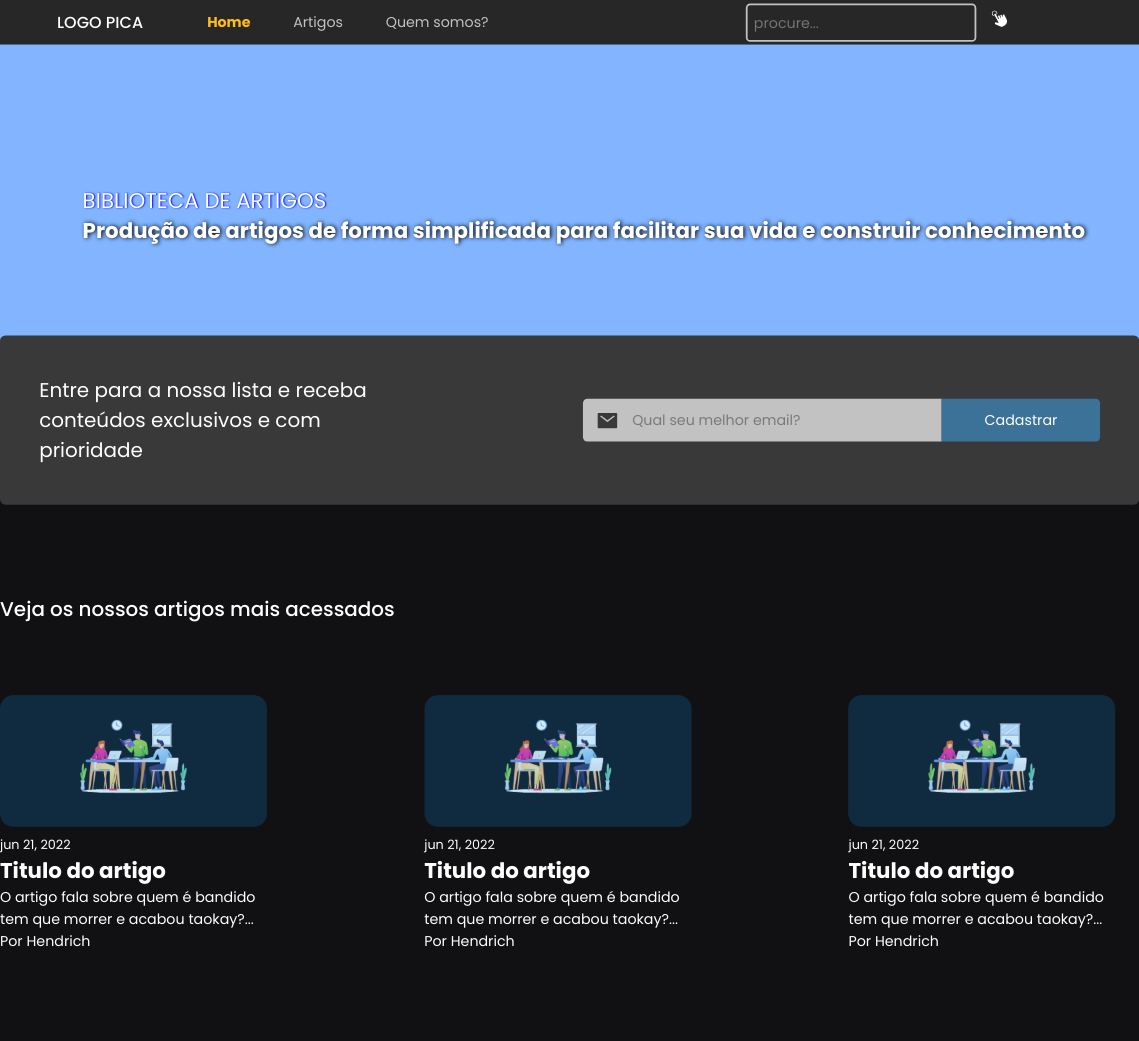
Repository: ArthurHendrich/Inepto
Page: /
An editor plug-in stored every save of this project. The page is shown before and after a run of saves, followed by the edit.
The browser window is 1280 px wide. The pictures show the whole page, at 89% of full size.
The project was rebuilt for these pictures with package versions that can differ from the ones it lists, and the page was loaded fresh each time. The framework's server and built-in components were replaced by stand-ins that run in the browser. Also part of the build but not shown: next.config.js.

Above is the page before, as saved 2022-07-06 21:20:52.

After the next 2 saves:
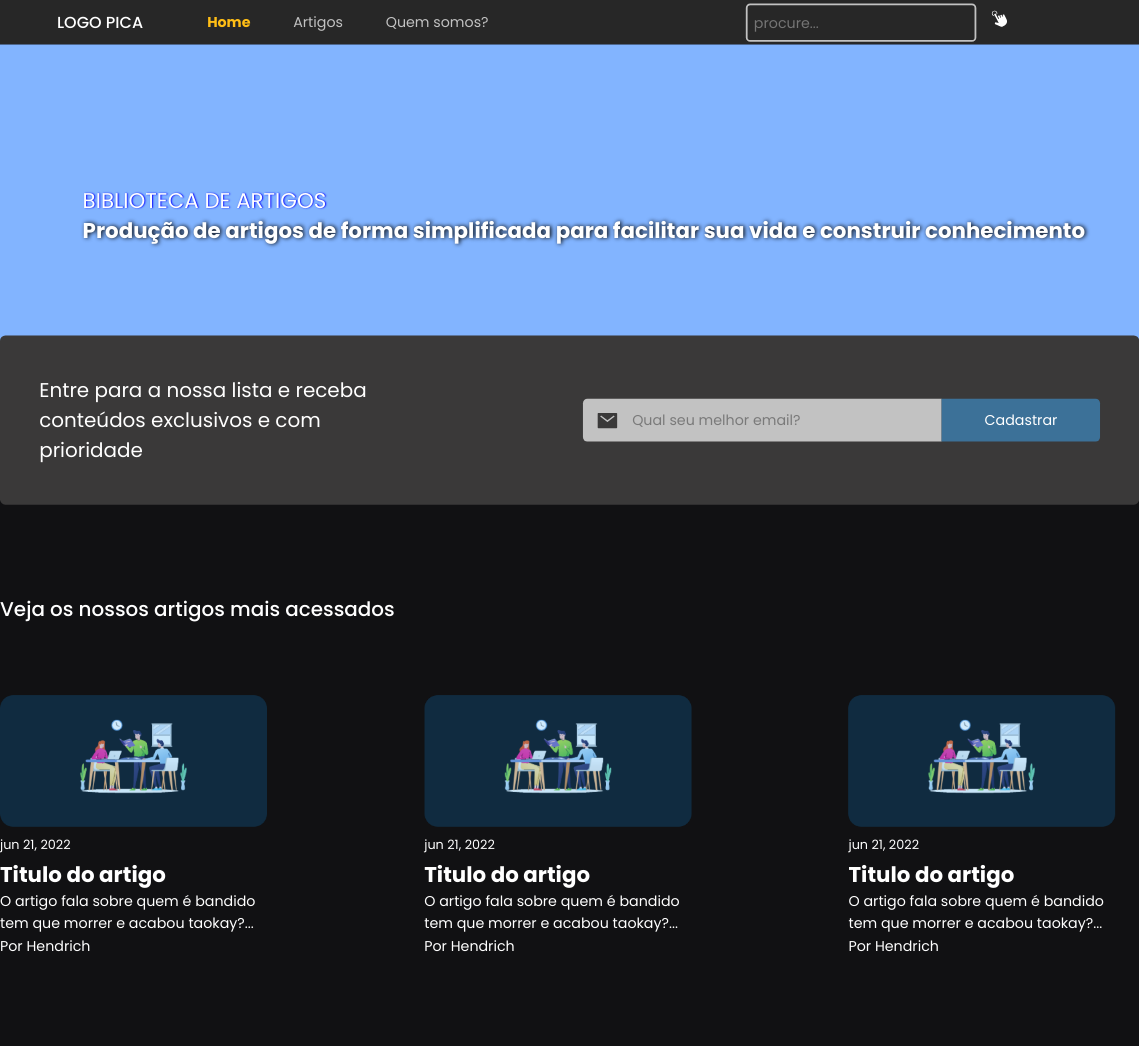
The 2 saves are shown as one change because they came seconds apart.
The last was saved 8 s later.
--- a/src/styles/home.module.scss
+++ b/src/styles/home.module.scss
@@ -135,7 +135,7 @@
 
       time {
         margin-top: 10px;
-        margin-right: 10px;
+        margin-bottom: 5px;
         font-size: 0.9rem;
       }
     }
